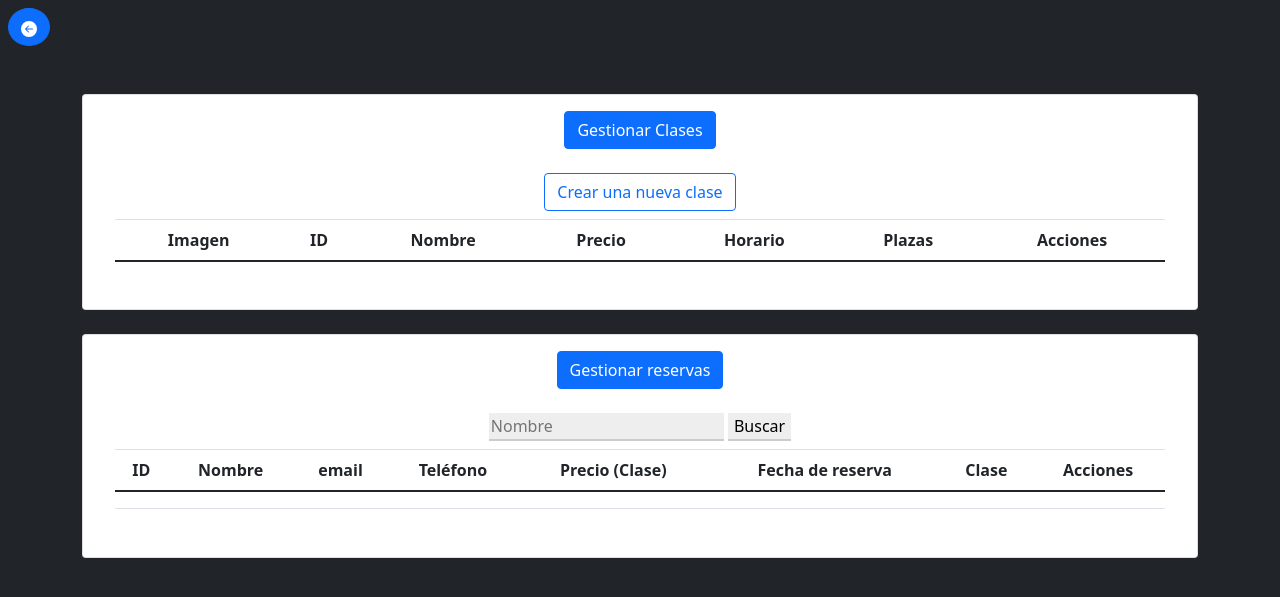
Repository: gcvictor22/ProyectoFinal1DAM
Page: http://localhost/gestionar
The author's editor kept a copy of each file at every save. The page is drawn from the files as they stood at one save, then again after the next save.
The browser window is 1280 px wide. The pictures show the whole page.
The page is this project's Thymeleaf template; nobody is signed in. The template is opened directly, without the code that normally fills it, so the values that code supplies are empty.

Above is the page before, as saved 2022-05-31 10:39:14.
Console error: TypeError: Cannot read properties of null (reading 'style')

After the next save:
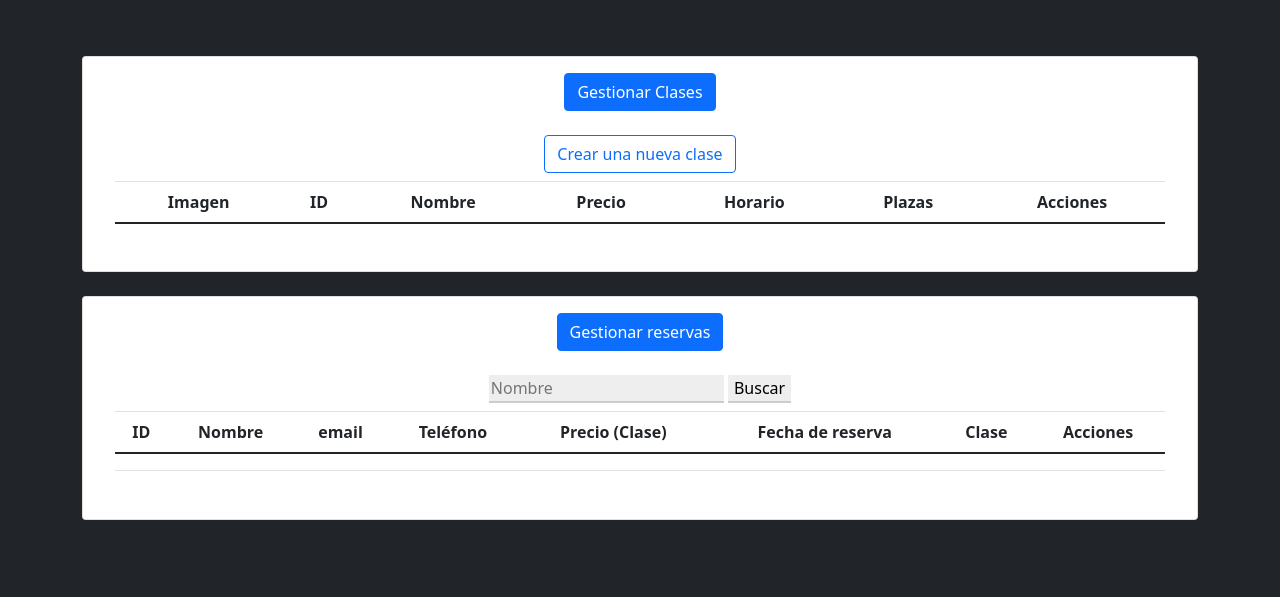
Saved 19 h 33 min later.
--- a/ProyectoFinalSTS/src/main/resources/templates/gestionar.html
+++ b/ProyectoFinalSTS/src/main/resources/templates/gestionar.html
@@ -18,13 +18,6 @@
 </head>
 
 <body class="bg-dark p-2" id=bodyGestionar>
-	<a class="btn btn-primary rounded-circle sticky-top" th:href="@{/inicio}">
-		<svg xmlns="http://www.w3.org/2000/svg" width="16" height="16" fill="currentColor"
-			class="bi bi-arrow-left-circle-fill mx-0" viewBox="0 0 16 16">
-			<path
-				d="M8 0a8 8 0 1 0 0 16A8 8 0 0 0 8 0zm3.5 7.5a.5.5 0 0 1 0 1H5.707l2.147 2.146a.5.5 0 0 1-.708.708l-3-3a.5.5 0 0 1 0-.708l3-3a.5.5 0 1 1 .708.708L5.707 7.5H11.5z" />
-		</svg>
-	</a>
 	<div class="container rounded mt-5">
 		<div id="accordion">
 			<div class="card p-3 overflow-auto">
